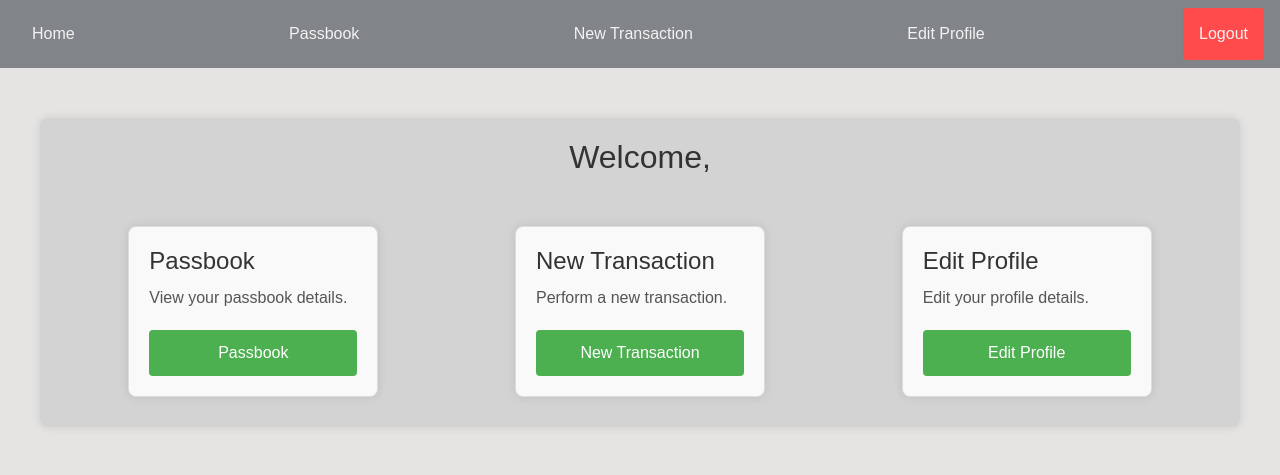
Repository: SuyashAwasthy/Javaee
Page: http://localhost/13-bank-application-mvc/customerHome.jsp
An editor plug-in stored every save of this project. The page is shown before and after the next save, followed by the edit.
The browser window is 1280 px wide. The pictures show the whole page.
The page is served by Tomcat 9. Other server files are loaded and not shown.

Above is the page before, as saved 2024-07-22 15:50:41.

### 13-bank-application-mvc/WebContent/customerHome.jsp
<%@ page language="java" contentType="text/html; charset=UTF-8"
    pageEncoding="UTF-8"%>
<!DOCTYPE html>
<html lang="en">
<head>
    <meta charset="UTF-8">
    <meta name="viewport" content="width=device-width, initial-scale=1.0">
    <title>Customer Home</title>

    <link rel="stylesheet" href="https://stackpath.bootstrapcdn.com/bootstrap/4.5.2/css/bootstrap.min.css">
    <link rel="stylesheet" href="css/adminHome.css">
    <link rel="stylesheet" href="css/styles.css">
</head>
<body>

	<div class="navbar">
        <a href="user">Home</a>
        <a href="passbook.jsp">Passbook</a>
        <a href="newTransaction.jsp">New Transaction</a>
        <a href="editProfile.jsp">Edit Profile</a>
    	<a href="logout" class="logout-btn">Logout</a>
    </div>

    <div class="container">
        <h1>Welcome, </h1>
        <div class="card-container">
            <div class="card">
                <h2>Passbook</h2>
                <p>View your passbook details.</p>
                <a href="passbook.jsp" class="btn">Passbook</a>
            </div>
            <div class="card">
                <h2>New Transaction</h2>
                <p>Perform a new transaction.</p>
                <a href="newTransaction.jsp" class="btn">New Transaction</a>
            </div>
            <div class="card">
                <h2>Edit Profile</h2>
                <p>Edit your profile details.</p>
                <a href="editProfile.jsp" class="btn">Edit Profile</a>
            </div>
        </div>
    </div>
</body>
</html>

### 13-bank-application-mvc/WebContent/css/adminHome.css
body {
    font-family: 'Arial', sans-serif;
    background-color: #E5E4E2;
    margin: 0;
    padding: 0;
}

.navbar {
    background-color: #818589;
    overflow: hidden;
}

.navbar a {
    float: left;
    display: block;
    color: #f2f2f2;
    text-align: center;
    padding: 14px 16px;
    text-decoration: none;
}

.navbar a:hover {
    background-color: #ddd;
    color: black;
}

.container {
    max-width: 1200px;
    margin: 50px auto;
    padding: 20px;
    background-color: #90EE90;
    box-shadow: 0 0 10px rgba(0, 0, 0, 0.1);
    border-radius: 8px;
    text-align: center;
}

h1 {
    margin-bottom: 40px;
    font-size: 32px;
    color: #333;
}

.card-container {
    display: flex;
    flex-wrap: wrap;
    justify-content: space-around;
}

.card {
    background-color: #f9f9f9;
    border: 1px solid #ddd;
    border-radius: 8px;
    padding: 20px;
    margin: 10px;
    width: calc(25% - 40px);
    box-shadow: 0 0 10px rgba(0, 0, 0, 0.1);
    text-align: left;
}

.card h2 {
    font-size: 24px;
    margin-bottom: 10px;
    color: #333;
}

.card p {
    font-size: 16px;
    margin-bottom: 20px;
    color: #555;
}

.btn {
    display: block;
    text-align: center;
    padding: 10px;
    background-color: #4CAF50;
    color: white;
    text-decoration: none;
    border-radius: 4px;
    transition: background-color 0.3s ease;
}

.btn:hover {
    background-color: #45a049;
}

@media (max-width: 768px) {
    .card {
        width: calc(50% - 40px);
    }
}

@media (max-width: 480px) {
    .card {
        width: calc(100% - 40px);
    }

    h1 {
        font-size: 24px;
    }
}

.logout-btn {
    float: right;
    background-color: #ff4b4b;
    color: white;
    padding: 14px 16px;
    text-decoration: none;
    border-radius: 4px;
    transition: background-color 0.3s ease;
}

.logout-btn:hover {
    background-color: #ff2a2a;
}

### 13-bank-application-mvc/WebContent/css/styles.css
body {
    background-color: #E5E4E2;
}


.container {
    background-color: #D3D3D3;
}

.button {
	margin-top: 10px;
  	padding: 10px 20px;
    background-color: #04AA6D;
    color: white;
    border: none;
    border-radius: 4px;
    font-size: 16px;
    cursor: pointer;
    transition: background-color 0.3s ease;

}

.button:hover {
    background-color: #45a049;
}

.date-form {
    margin-bottom: 20px;
    justify-content: center;
    align-items: center;
    display: flex;
}

.date-form label {
    margin-right: 10px;
    font-weight: bold;
    color: #333;
}

.date-form input[type="date"] {
    margin-right: 10px;
    padding: 5px;
    border-radius: 4px;
    border: 1px solid #ccc;
}

.date-form .btn {
    padding: 10px 20px;
    background-color: #04AA6D;
    color: white;
    border: none;
    border-radius: 4px;
    font-size: 16px;
    cursor: pointer;
    transition: background-color 0.3s ease;
}

.date-form .btn:hover {
    background-color: #45a049;
}

.search-form {
    margin-bottom: 20px;
    display: flex;
    justify-content: center;
    align-items: center;
}

.search-form label {
    margin-right: 10px;
    font-weight: bold;
    color: #333;
}

.search-form select,
.search-form input[type="text"] {
    margin-right: 10px;
    padding: 5px;
    border-radius: 4px;
    border: 1px solid #ccc;
    font-size: 14px;
    width: 200px;
}

.search-form .btn {
    padding: 10px 20px;
    background-color: #04AA6D;
    color: white;
    border: none;
    border-radius: 4px;
    font-size: 16px;
    cursor: pointer;
    transition: background-color 0.3s ease;
}

.search-form .btn:hover {
    background-color: #45a049;
}

After the next save:
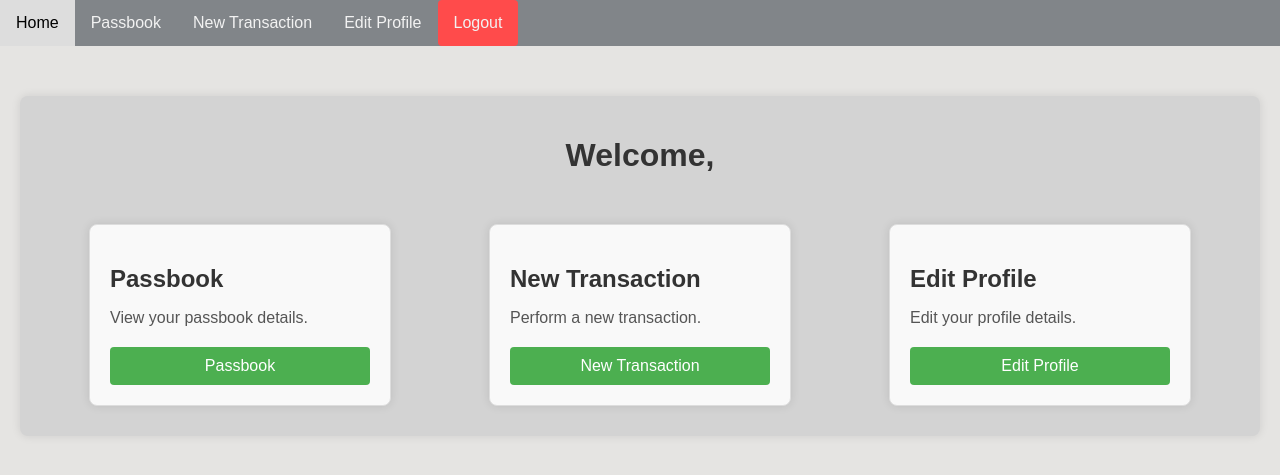
Saved 97 s later.
--- a/13-bank-application-mvc/WebContent/customerHome.jsp
+++ b/13-bank-application-mvc/WebContent/customerHome.jsp
@@ -6,8 +6,6 @@
     <meta charset="UTF-8">
     <meta name="viewport" content="width=device-width, initial-scale=1.0">
     <title>Customer Home</title>
-
-    <link rel="stylesheet" href="https://stackpath.bootstrapcdn.com/bootstrap/4.5.2/css/bootstrap.min.css">
     <link rel="stylesheet" href="css/adminHome.css">
     <link rel="stylesheet" href="css/styles.css">
 </head>
